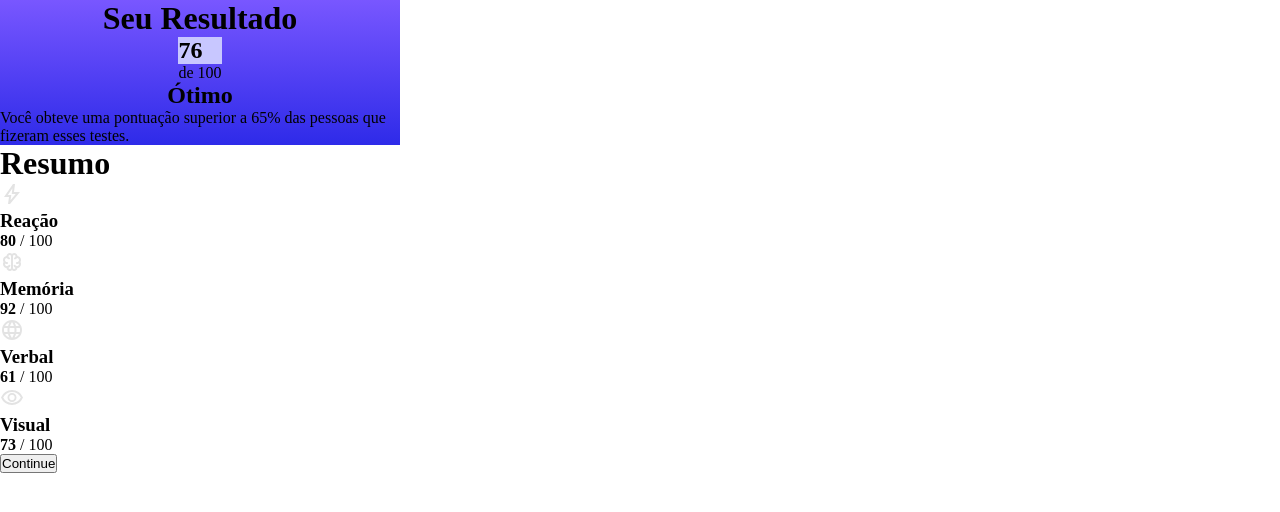
Repository: caique2512/resumo-de-resultados
Page: index.html
An editor plug-in stored every save of this project. The page is shown before and after the next save, followed by the edit.
The browser window is 1280 px wide. The pictures show the whole page.

Above is the page before, as saved 2026-03-05 23:05:01.

### index.html
<!DOCTYPE html>
<html lang="pt-br">
<head>
    <meta charset="UTF-8">
    <meta name="viewport" content="width=device-width, initial-scale=1.0">
    <title>Resumo de Resultados</title>
    <link rel="stylesheet" href="src/css/estilos.css">
    <link rel="stylesheet" href="src/css/reset.css">
</head>
<body>
    <main class="conteudo">
        <div class="principal">
            <h1>Seu Resultado</h1>
            <div class="circulo">
                <h2 class="titulo">76</h2>
                <p>de 100</p>
            </div>
            <h2>Ótimo</h2>
            <p class="subtitle">Você obteve uma pontuação superior a 65% das pessoas que fizeram esses testes.</p>
        </div>
        <div>
            <h1 class="titulo1">Resumo</h1>
            <div class="classes">
                <div class="resumo1">
                    <img src="./src/images/raio.svg" alt="Raio">
                    <h3>Reação</h3>
                    <p><strong>80</strong> / 100</p>
                </div>
                <div class="resumo2">
                    <img src="./src/images/memoria.svg" alt="Memória">
                    <h3>Memória</h3>
                    <p><strong>92</strong> / 100</p>
                </div>
                <div class="resumo3">
                    <img src="./src/images/mensagem.svg" alt="Mensagem">
                    <h3>Verbal</h3>
                    <p><strong>61</strong> / 100</p>
                </div>
                <div class="resumo4">
                    <img src="./src/images/olho.svg" alt="olho">
                    <h3>Visual</h3>
                    <p><strong>73</strong> / 100</p>
                </div>
            </div>
            <button class="btn-resumo">Continue</button>
        </div>
    </main>
</body>
</html>

### src/css/estilos.css
.principal {
    background: linear-gradient(hsl(252, 100%, 67%), hsl(241, 81%, 54%));
    width: 400px;
    display: flex;
    flex-direction: column;
    align-items: center;
}

.titulo {
    background-color: hsl(241, 100%, 89%);
}

Loaded but not shown: src/css/reset.css (common file)

After the next save:
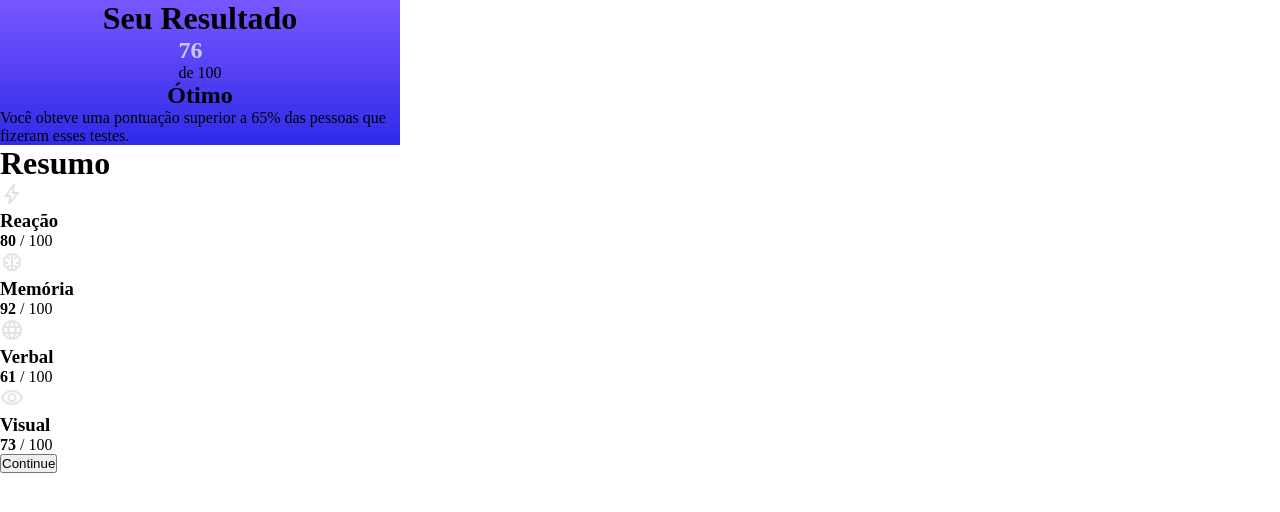
Saved 13 s later.
--- a/src/css/estilos.css
+++ b/src/css/estilos.css
@@ -7,5 +7,5 @@
 }
 
 .titulo {
-    background-color: hsl(241, 100%, 89%);
+    color: hsl(241, 100%, 89%);
 }
